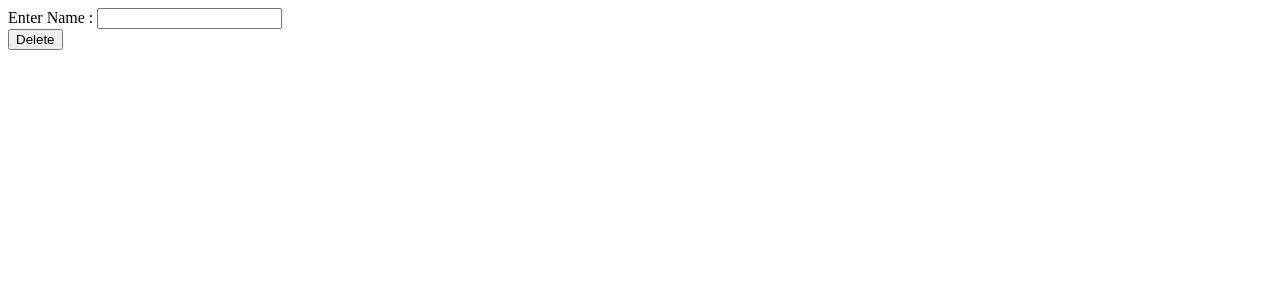
Repository: Vishalrathod8788/JEE
Page: Connectivity_demo/WebContent/Delete.html
An editor plug-in stored every save of this project. The page is shown before and after the next save, followed by the edit.
The browser window is 1280 px wide. The pictures show the whole page.

Above is the page before, as saved 2023-09-30 15:00:23.

### Connectivity_demo/WebContent/Delete.html
<!DOCTYPE html>
<html>
<head>
<meta charset="ISO-8859-1">
<title>Insert title here</title>
</head>
<body>
	<form action="" method="get">
		Enter Name :
		<input type="text" name="txtName"><br />
		<input type="submit" value="Delete" >
	</form>
</body>
</html>

After the next save:
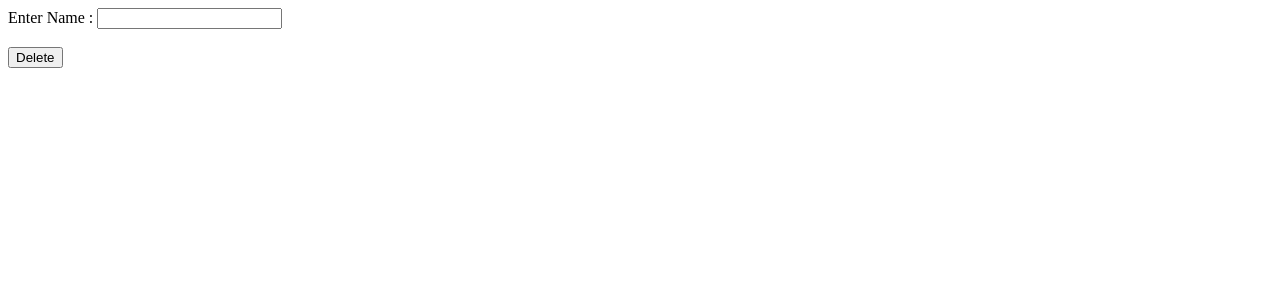
Saved 5 s later.
--- a/Connectivity_demo/WebContent/Delete.html
+++ b/Connectivity_demo/WebContent/Delete.html
@@ -7,7 +7,7 @@
 <body>
 	<form action="" method="get">
 		Enter Name :
-		<input type="text" name="txtName"><br />
+		<input type="text" name="txtName"><br /><br />
 		<input type="submit" value="Delete" >
 	</form>
 </body>
